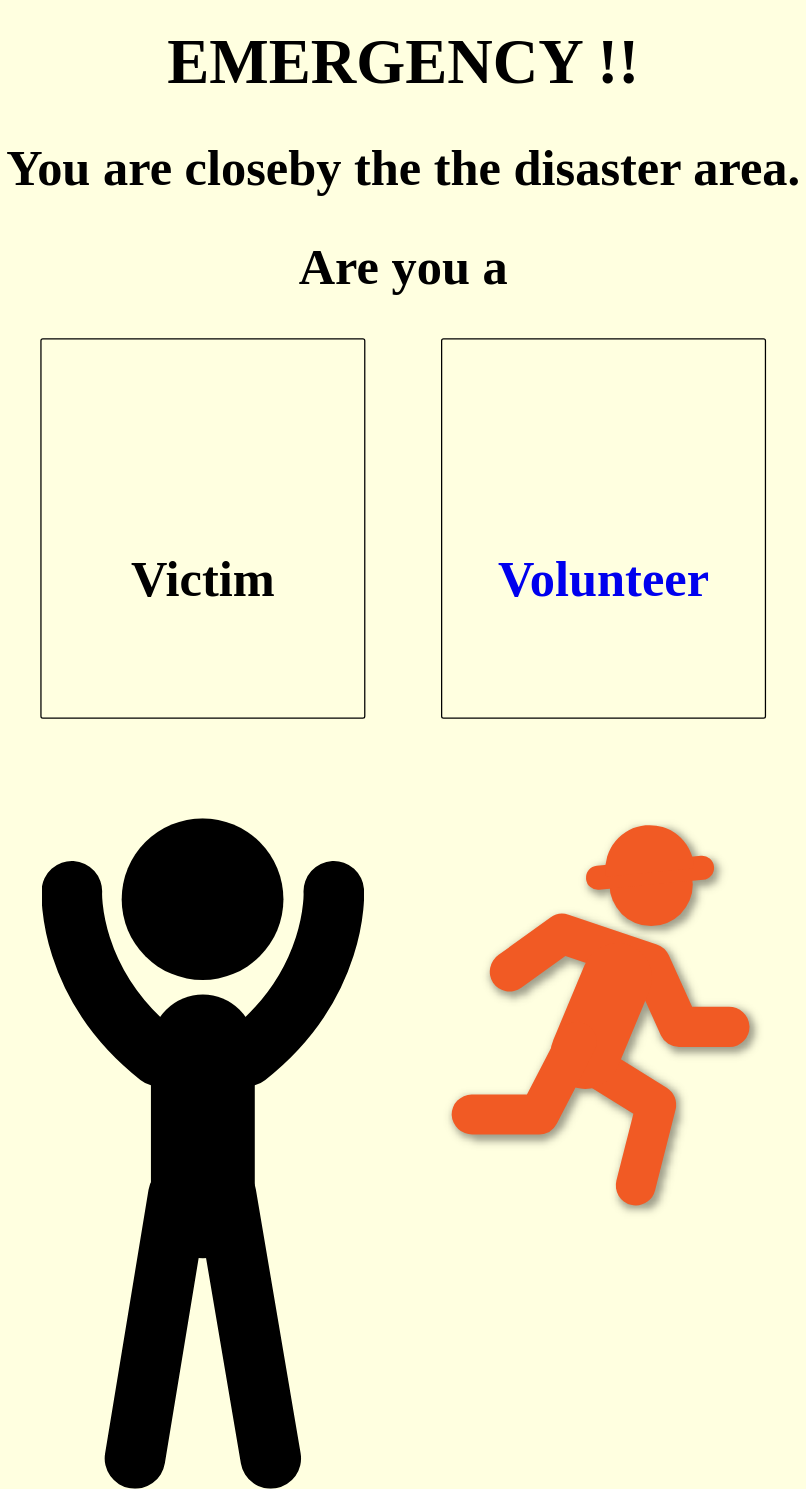
Repository: KittichoteKamalapirat/EMS-management-system
Page: http://localhost/
The author's editor kept a record of every edit. The page is drawn from the files as they stood at one moment, then again after the next edit.
The browser window is 1280 px wide. The pictures show the whole page, at 63% of full size.
Some web libraries are served in a nearby version. The page is served by the project's Node server (server.js).

Above is the page before.
Console error: ReferenceError: $ is not defined

### index.html
<!DOCTYPE>
<!DOCTYPE html>
<html>
<head>
    <meta charset = "utf-8">
    <link rel = "stylesheet" href="/css/index.css" type="text/css" />
    <script src="https://use.fontawesome.com/804afe4c6e.js"></script>

    <!--<link rel = "stylesheet" href="/css/hamburger.css" type="text/css" />-->
    <!--<script src="https://ajax.googleapis.com/ajax/libs/jquery/3.3.1/jquery.min.js"></script>-->


</head>

<body>
    <header class = "head-list">
        <h1 class = "head-tag">EMERGENCY !!</h1>

        <h2 class = "head-tag">You are closeby the the disaster area.</h2>
        <h2 class = "head-tag">Are you a</h2>


    </header>
    <div class = "splet-boxes">
    <div class="left-box">
        <p>Victim</p>
        <img class='people' src="/images/victim.svg"></img>
    </div>

    <a href="/skills"><div class="right-box">

        <p>Volunteer</p>
        <img class='people' src="/images/responder.svg"></img>
    </div>
    </a>
    </div>

    <script src='/javascript/index.js'></script>

</body>

</html>

### server.js
const express = require('express')
const path = require('path')
const app = express();
const PORT = process.env.PORT || 8080;

app.use(express.static('public'))

// render map
app.get('/map',(req,res) => res.sendFile(__dirname + '/map.html'))

app.get('/',(req,res) => res.sendFile(__dirname + '/index.html'))

app.get('/skills',(req,res) => res.sendFile(__dirname + '/skills.html'))

// app.get('/loading',(req,res) => res.sendFile(__dirname + '/loading.html'))


app.get('/loading',(req,res) => {
    res.sendFile(__dirname + '/loading.html')
})


app.get('/approve',(req,res) => res.sendFile(__dirname + '/approve.html'))






app.listen(PORT, () => console.log('Server Started...'));

### public/css/index.css
body {
  background: #FFFFE0;
}

  /* Always set the map height explicitly to define the size of the div
       * element that contains the map. */
      #map {
        height: 100%;
      }
      /* Optional: Makes the sample page fill the window. */
      html, body {
        height: 100%;
        margin: 0;
        padding: 0;
      }


/*modal box*/

.head-tag{
  margin-top: 40px;
}
.bg-modal {
  width:100%;
  height: 100%;
  background-color: rgba(0, 0, 0, 0.8);
  position: absolute;
  top: 0;
  display: none;
  justify-content: center;
  align-items: center; }


.bg-modal .close {
  position: absolute;
  font-size: 3rem;
　right: 1rem;
  top: 0, 5rem;
  transform: rotate(45deg);
  cursor: pointer; }


.box{
  display: grid¥;
  justify-content: center;
  margin: 0 auto;
  padding: 5rem;
  width: 50%;
  background-color: white;
  position: relative;
 }

 /*html1について*/
.header {
  height: 100px;
  width:100%;

}
.splet-boxes {
  margin-top: 40px;
}

.left-box {
  margin-left:5%;
  font-size: 80px;
  float: left;
  width:40%;
  text-align: center;
  height: 600px;
  line-height: 600px;
  cursor: pointer;
  border-radius: 4px;
  border: 2px solid black;
}
p {
  font-weight: bold;

}

.right-box {
  margin-right:5%;
  font-size: 80px;
  float: right;
  width:40%;
  text-align: center;
  height: 600px;
  line-height: 600px;
  cursor: pointer;
  border-radius: 4px;
  border: 2px solid black;
}
.left-box p:hover {
  background: #FF0000;
  opacity: 0.7;

}
.right-box p:hover {
  background: #66FF99;
  opacity: 0.7;
}


/*html２について*/
.select-skill {
  font-size: 100px;
  text-align: center;
  font-weight: bold;
  margin-top: 100px;
}
li > input {
  position:relative;
   width: 50px;
   height:50px;
  float: left;
  margin: 50px 40px 0 20px;
  transform:scale(1.5);
}

.scrollWrap {
  width: 100%;
  margin: 0px auto;
  overflow: auto;
}
.scrollContent ul {
  margin-top: 50px;
  list-style: none;
  background: white;
  padding: 0;
  position: relative;
}
.scrollContent ul li {
  margin-bottom: 30px;
  font-size: 30px;
  height: 150px;
  line-height: 150px;
  border:1px solid black;
  border-left: solid 6px #2d8fdd;
  position: relative;
}
.selected {
  background: #FFDDFF;
  opacity: 0.5;
}
/*スクロールバーの幅*/
::-webkit-scrollbar {
    width: 6px;
}
/*スクロールバーのレール*/
::-webkit-scrollbar-track {
  border-radius: 30px;
  background: #eee;
}
/*スクロールバーのつまみ*/
::-webkit-scrollbar-thumb {
  border-radius: 30px;
  background: #81D4FA;
}

a {
  text-decoration: none;
}

#decide {
  margin:100px auto 100px;
  font-size: 60px;
  width: 600px;
  padding: 20px 60px 30px 60px;
  text-align: center;
  display: block;
  color: white;
  background: rgb(34,181,115);
　font-size: 70px;
　border-radius: 20px;
　text-align: center;
　line-height: 100px;
}


/*html3について*/


h1 {
  text-align: center;
  font-size: 100px;
}


h2 {
  text-align: center;
  font-size: 80px;
}


h3 {
  text-align: center;
  font-size: 50px;
}


.loading {
  margin-top: 300px;
}

.icon {
  margin: 0 auto;
  width: 100%;
  text-align: center;
  font-size: 100px;
  transition: .4s;
}
.wait {
  margin-top: 0;
}
.thanks {
  margin: 0 auto;
  width: 100%;
  text-align: center;
  font-size: 100px;
}

.container{
    margin: 0 auto;
    text-align:center;
}
.can {
  margin-top: 300px;
}

#loading{
    margin: 0 auto;
    display: block;
    width: 400px;
}
.fa-check-circle:before {
  color: rgb(34,181,115);
}

.go {
  margin:350px auto 100px;
  text-decoration: none;
  text-align: center;
  font-size: 50px;
  border:1px solid black;
  border-radius: 5px;
  display: block;
  color:white;
  background: rgb(34,181,115);
  width:600px;
  height: 100px;
  line-height: 100px;
}


/*direction button for map page*/

#map{
  position: fixed;
  z-index:0;
}
.direction-button{
  font-size: 20px;
  position: relative;
  color: white;
  bottom: 60px;
  left: 20px;
  z-index:10;
  padding: 10px 20px;
  border-radius: 5px;
  background-color: rgb(0,113,188);
  box-shadow: 5px 5px 5px rgba(0, 0, 0, .5);
}

### public/images/victim.svg
<svg xmlns="http://www.w3.org/2000/svg" viewBox="0 0 74.54 155"><defs><style>.cls-1,.cls-2{fill:none;stroke:#000;stroke-linecap:round;stroke-linejoin:round;}.cls-1{stroke-width:24px;}.cls-2{stroke-width:14px;}</style></defs><title>Asset 2</title><g id="Layer_2" data-name="Layer 2"><g id="Layer_1-2" data-name="Layer 1"><circle cx="37.2" cy="18.69" r="18.69"/><line class="cls-1" x1="37.27" y1="52.73" x2="37.27" y2="89.72"/><path class="cls-2" d="M7,16.87S5.89,38.16,27.18,55"/><line class="cls-2" x1="31.62" y1="87" x2="21.58" y2="148"/><path class="cls-2" d="M67.53,16.87S68.65,38.16,47.36,55"/><line class="cls-2" x1="42.62" y1="87" x2="52.96" y2="148"/></g></g></svg>

### public/images/responder.svg
<svg xmlns="http://www.w3.org/2000/svg" xmlns:xlink="http://www.w3.org/1999/xlink" viewBox="0 0 95 118"><defs><style>.cls-1{isolation:isolate;}.cls-2{opacity:0.38;mix-blend-mode:multiply;}.cls-3{fill:#f15a24;}</style></defs><title>Asset 7</title><g class="cls-1"><g id="Layer_2" data-name="Layer 2"><g id="Layer_1-2" data-name="Layer 1"><image class="cls-2" width="95" height="118" xlink:href="data:[embedded picture, 5506 characters]"/><circle class="cls-3" cx="61.52" cy="19.45" r="12.27"/><rect class="cls-3" x="42.26" y="12.49" width="37.87" height="7.1" rx="3.55" transform="translate(-1.25 5.9) rotate(-5.47)"/><path class="cls-3" d="M74.13,13.85l.09.94-26.07,2.5-.09-.95a13.09,13.09,0,1,1,26.07-2.49Z"/><path class="cls-3" d="M84.6,67.33H69.76a5.93,5.93,0,0,1-5.39-3.47L57,47.54h0l-20.74-7h0l-13,9.36a5.89,5.89,0,0,1-8.31-1.47,6.06,6.06,0,0,1,1.66-8.24l15.25-11a5.93,5.93,0,0,1,5.33-.81l26,8.73a5.93,5.93,0,0,1,3.5,3.16l6.9,15.2,0,0H84.33a6.05,6.05,0,0,1,6.15,5.73A5.88,5.88,0,0,1,84.6,67.33Z"/><path class="cls-3" d="M57,114a6,6,0,0,1-1.45-.18,5.89,5.89,0,0,1-4.26-7.16l5-19.66s0,0,0,0l-17-10.55A6.07,6.07,0,0,1,37,68.31a5.89,5.89,0,0,1,8.19-2l20.91,13a5.9,5.9,0,0,1,2.61,6.48l-6.06,23.84A5.88,5.88,0,0,1,57,114Z"/><path class="cls-3" d="M42.11,79.7A10.42,10.42,0,0,1,37,78.33a10.53,10.53,0,0,1-4.24-13.21l9.13-21.88a10.53,10.53,0,0,1,12.74-6.16A10.3,10.3,0,0,1,61,50.87L51.62,73.36A10.3,10.3,0,0,1,42.11,79.7Z"/><path class="cls-3" d="M28.52,93.07H8.93a6.06,6.06,0,0,1-6.16-5.73,5.88,5.88,0,0,1,5.88-6H24.94a0,0,0,0,0,0,0L34.4,63.05a5.88,5.88,0,1,1,10.45,5.41L33.77,89.88A5.92,5.92,0,0,1,28.52,93.07Z"/></g></g></g></svg>

### public/javascript/index.js
// turn 3 stripes to X
$("#hamburger").click(function(){
  $("#hamburger").toggleClass("is-active")
});

// toggle nav bar
$("#hamburger").click(function(){
  $("ul").toggleClass("active")
});

// $("#hamburger").click(function(){
//   $(".backtohome").toggleClass("not-active")
// });

After the next edit:
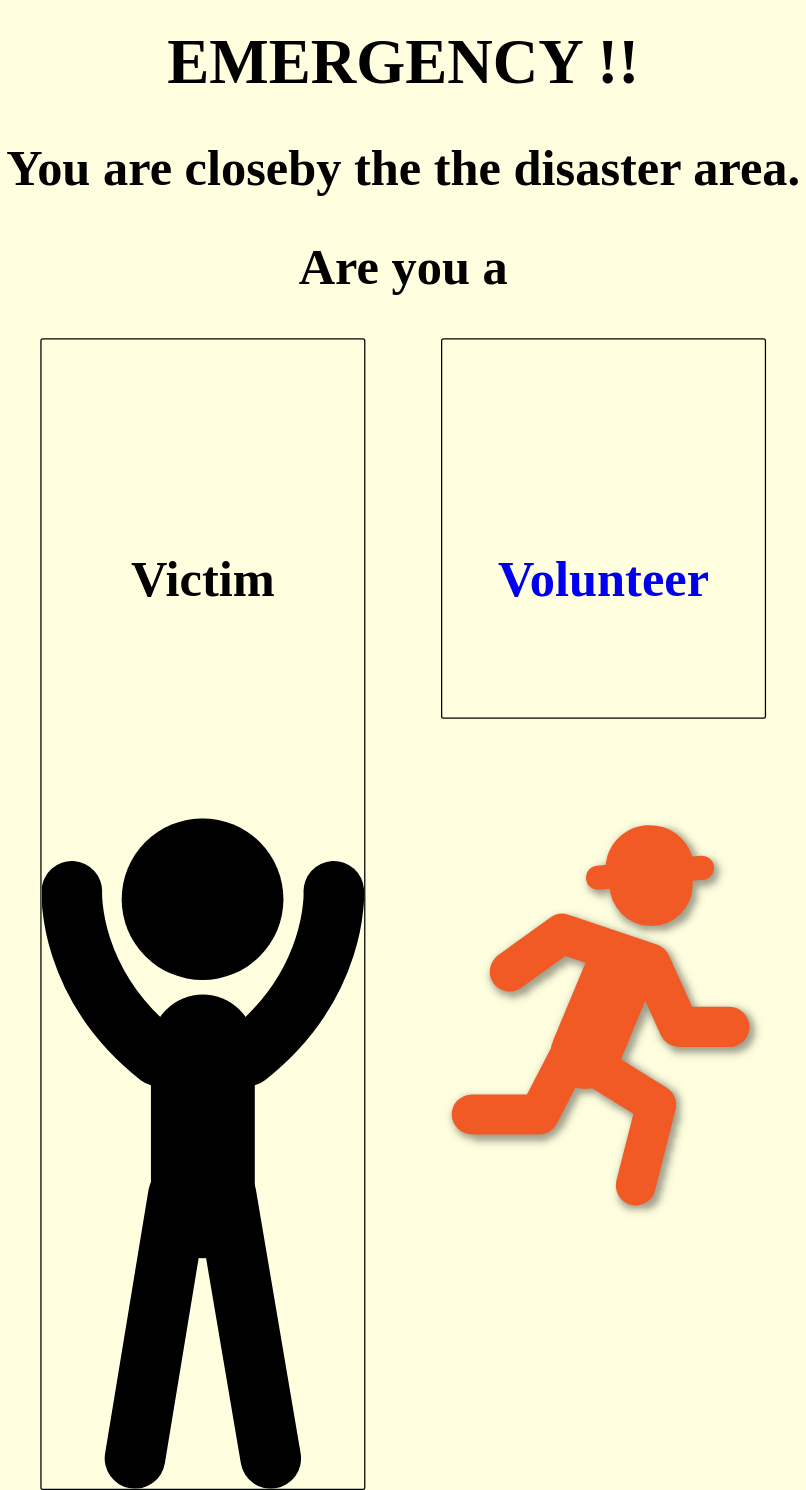
The edit:
--- a/public/css/index.css
+++ b/public/css/index.css
@@ -66,7 +66,7 @@
   float: left;
   width:40%;
   text-align: center;
-  height: 600px;
+
   line-height: 600px;
   cursor: pointer;
   border-radius: 4px;
